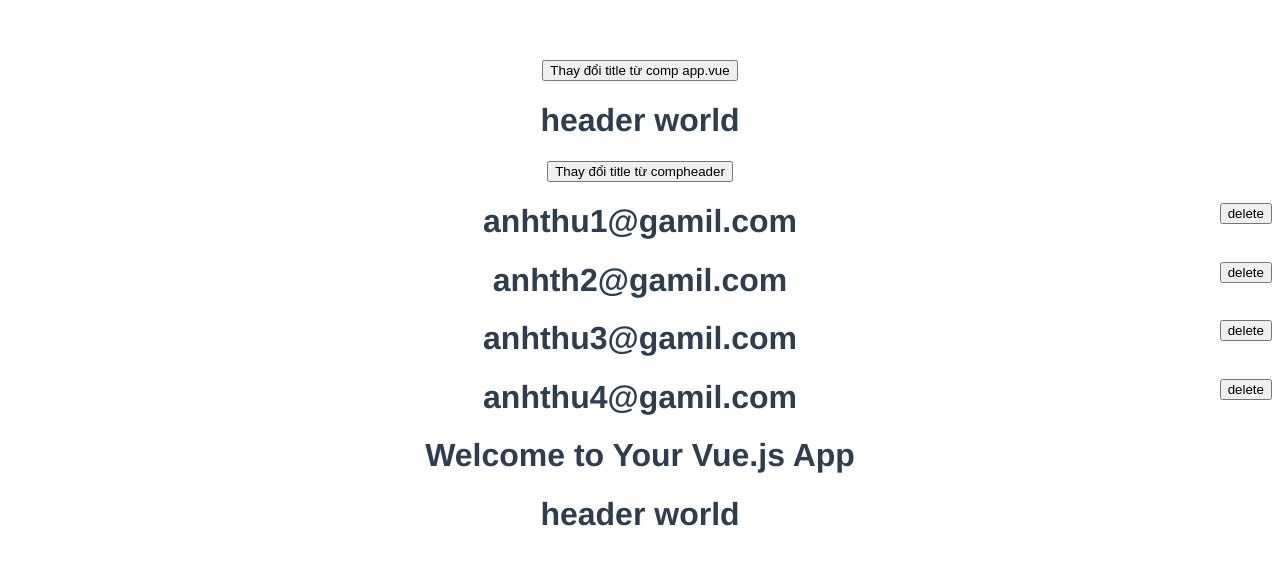
Repository: anhthu112/Todo-list
Page: /
These files come from the project's save history. The page is drawn as it stood at one moment and after the next save; the edit follows.
The browser window is 1280 px wide. The pictures show the whole page.
The project was rebuilt for these pictures with package versions that can differ from the ones it lists, and the page was loaded fresh each time. Also part of the build but not shown: vue.config.js.

Above is the page before, as saved 2024-01-24 15:01:22.

After the next save:
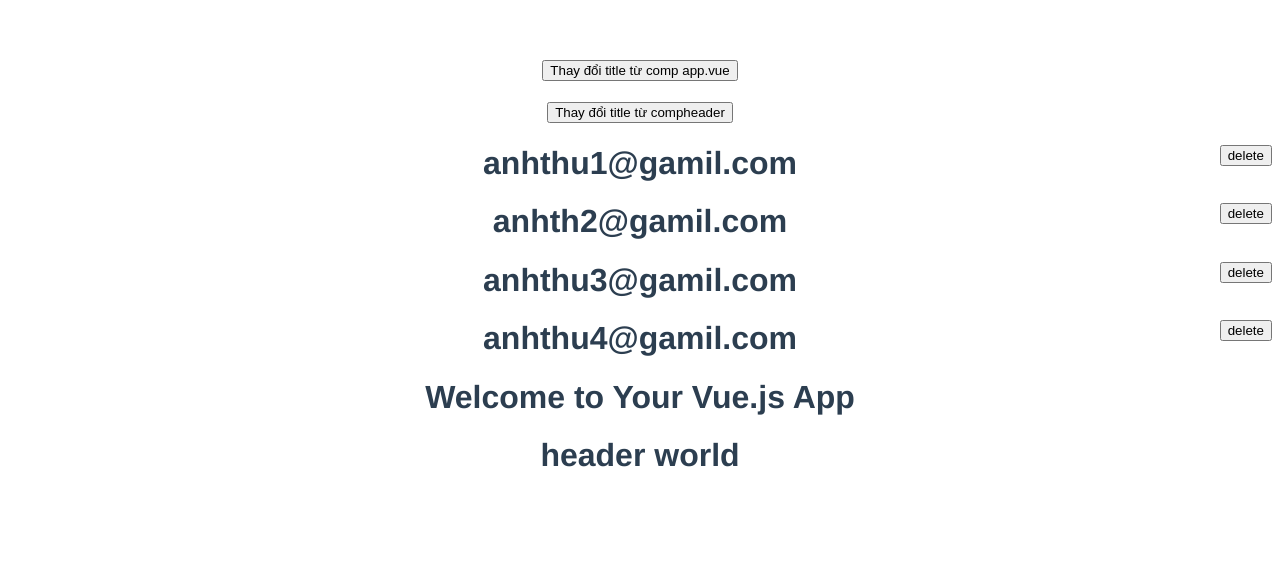
Saved 108 s later.
--- a/src/App.vue
+++ b/src/App.vue
@@ -1,7 +1,7 @@
 <template>
   <div class="container">
     <button v-on:click="title='Yoon Jeonghan'">Thay đổi title từ comp app.vue</button>
-    <CompHeader v-bind:title="title"
+    <CompHeader titleHeader="title"
     v-on:changeTitle="handleChangeTitle"
     />
     <ListUser v-bind:listUser="listUser"/>
